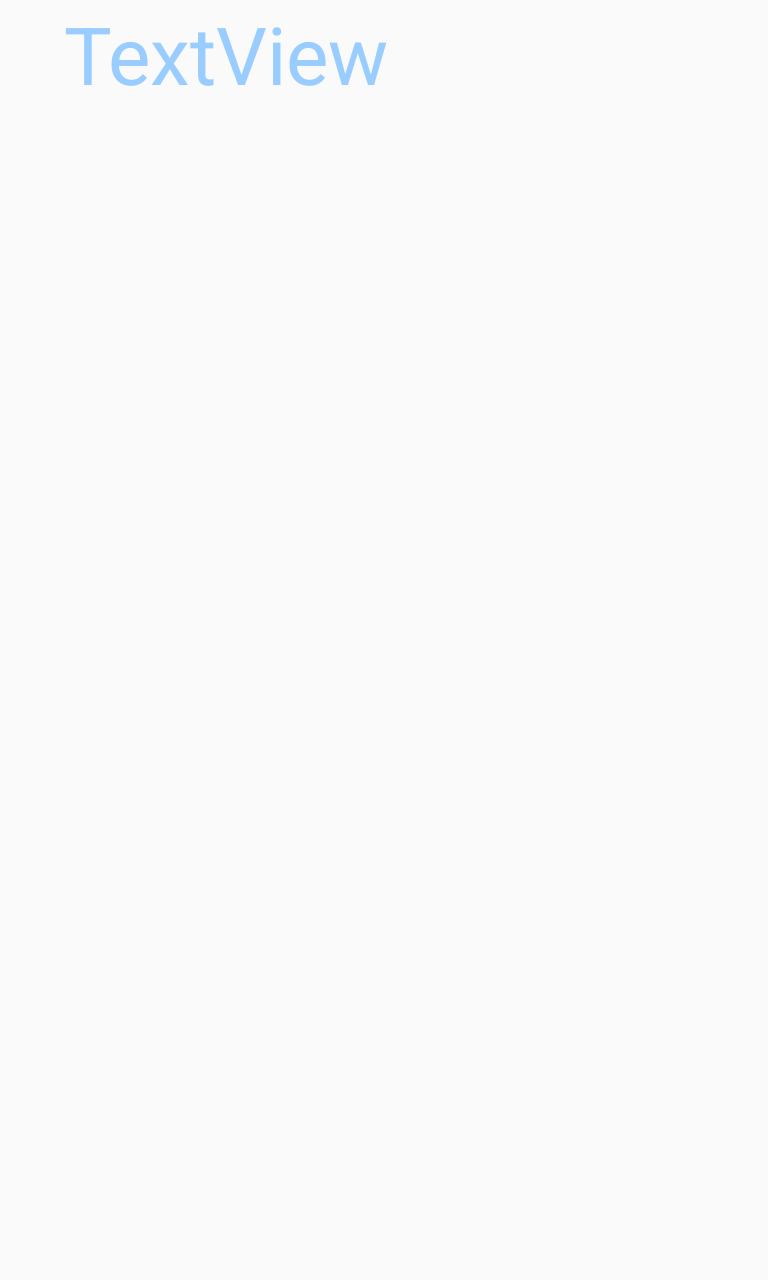
Repository: HelloLZ/WeatherReport
Layout: SunnyWeather/SunnyWeather/res/layout/item_city_list.xml
An editor plug-in stored every save of this project. The layout is shown before and after the next save, followed by the edit.
It is drawn on a 768 x 1280 px phone screen (xhdpi) without system bars, with theme AppTheme; the app's code is not run.

Above is the layout before, as saved 2014-11-07 12:47:48.

After the next save:
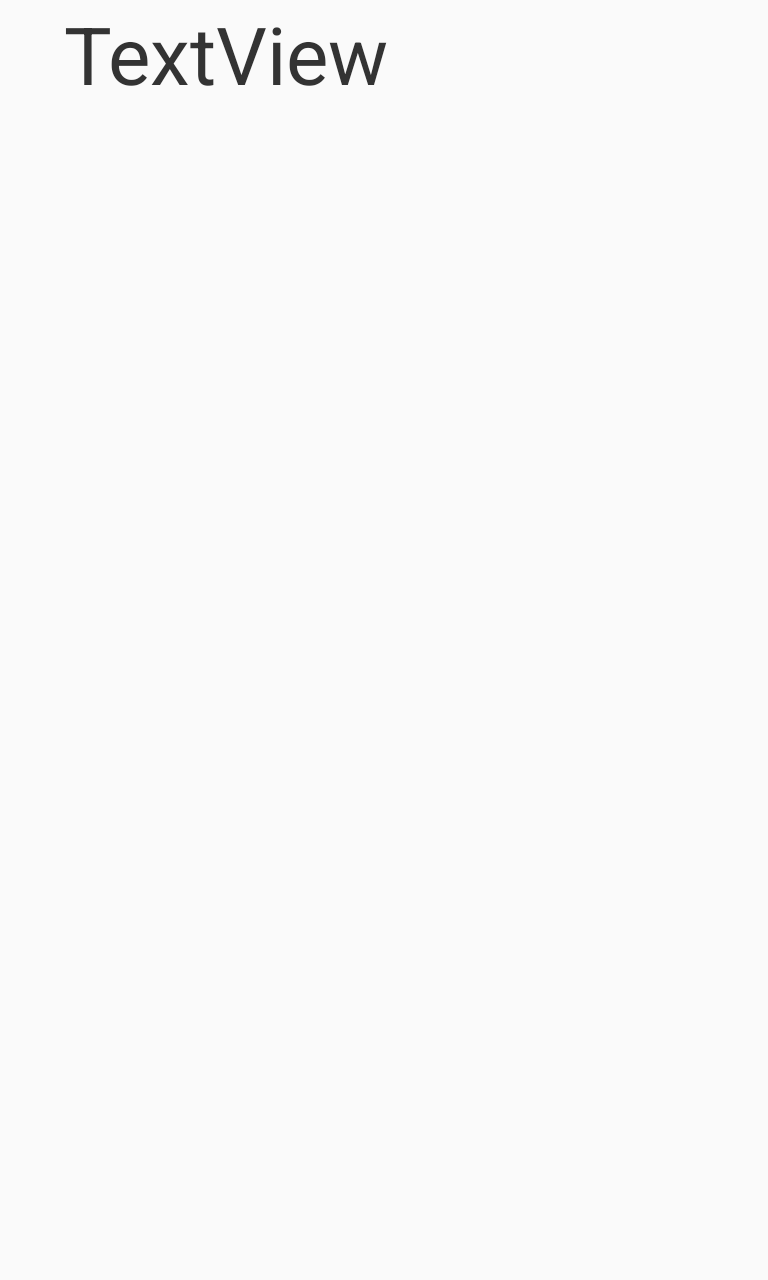
Saved 2 min 51 s later.
--- a/SunnyWeather/SunnyWeather/res/layout/item_city_list.xml
+++ b/SunnyWeather/SunnyWeather/res/layout/item_city_list.xml
@@ -10,7 +10,7 @@
         android:layout_alignParentTop="true"
         android:layout_toRightOf="@+id/checkbox_delect_mycity"
         android:text="TextView"
-        android:textColor="#99CCFF"
+        android:textColor="#333333"
         android:textSize="40sp" />
 
     <CheckBox
